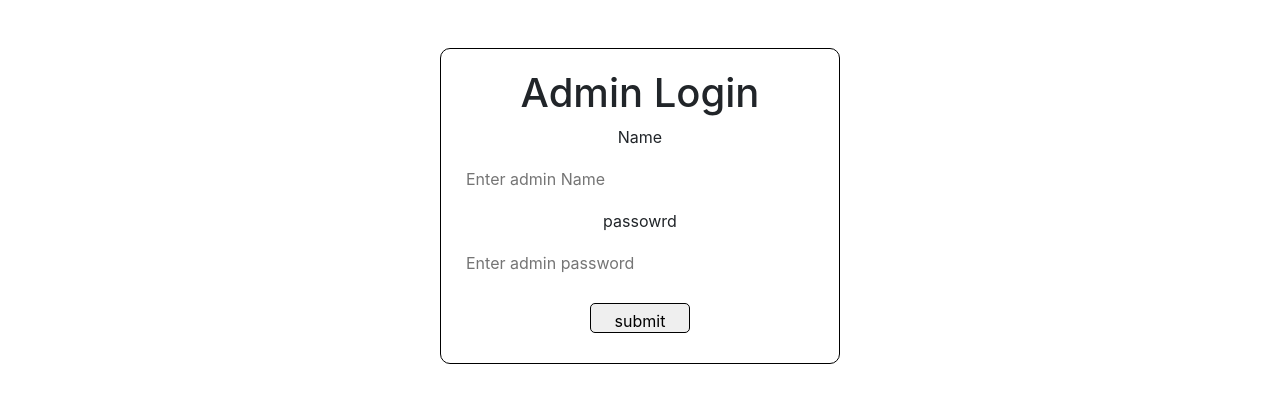
Repository: parthikjadav/parthik-react-practicle-exam
Page: /
The author's editor kept a copy of each file at every save. The page is drawn from the files as they stood at one save, then again after the next save.
The browser window is 1280 px wide. The pictures show the whole page.
The project was rebuilt for these pictures with package versions that can differ from the ones it lists, and the page was loaded fresh each time. Requests to the local data server were answered from the project's data file. Also part of the build but not shown: src/App.css, src/componet/page/Reservationform.jsx, src/componet/page/Reservationlist.jsx, src/componet/header/navdata.js, src/componet/header/Navbar.jsx.

Above is the page before, as saved 2024-05-16 10:44:13.

### public/index.html
<!DOCTYPE html>
<html lang="en">
  <head>
    <meta charset="utf-8" />
    <link rel="icon" href="%PUBLIC_URL%/favicon.ico" />
    <meta name="viewport" content="width=device-width, initial-scale=1" />
    <meta name="theme-color" content="#000000" />
    <meta
      name="description"
      content="Web site created using create-react-app"
    />
    <link rel="apple-touch-icon" href="%PUBLIC_URL%/logo192.png" />
    <link href="https://cdn.jsdelivr.net/npm/bootstrap@5.0.2/dist/css/bootstrap.min.css" rel="stylesheet" integrity="sha384-EVSTQN3/azprG1Anm3QDgpJLIm9Nao0Yz1ztcQTwFspd3yD65VohhpuuCOmLASjC" crossorigin="anonymous">
    <!--
      manifest.json provides metadata used when your web app is installed on a
      user's mobile device or desktop. See https://developers.google.com/web/fundamentals/web-app-manifest/
    -->
    <link rel="manifest" href="%PUBLIC_URL%/manifest.json" />
    <script src="https://cdn.jsdelivr.net/npm/bootstrap@5.0.2/dist/js/bootstrap.bundle.min.js" integrity="sha384-MrcW6ZMFYlzcLA8Nl+NtUVF0sA7MsXsP1UyJoMp4YLEuNSfAP+JcXn/tWtIaxVXM" crossorigin="anonymous"></script>
    <!--
      Notice the use of %PUBLIC_URL% in the tags above.
      It will be replaced with the URL of the `public` folder during the build.
      Only files inside the `public` folder can be referenced from the HTML.

      Unlike "/favicon.ico" or "favicon.ico", "%PUBLIC_URL%/favicon.ico" will
      work correctly both with client-side routing and a non-root public URL.
      Learn how to configure a non-root public URL by running `npm run build`.
    -->
    <title>React App</title>
  </head>
  <body>
    <noscript>You need to enable JavaScript to run this app.</noscript>
    <div id="root"></div>
    <!--
      This HTML file is a template.
      If you open it directly in the browser, you will see an empty page.

      You can add webfonts, meta tags, or analytics to this file.
      The build step will place the bundled scripts into the <body> tag.

      To begin the development, run `npm start` or `yarn start`.
      To create a production bundle, use `npm run build` or `yarn build`.
    -->
  </body>
</html>

### src/index.js
import React from 'react';
import ReactDOM from 'react-dom/client';
import './index.css';
import App from './App';
import { BrowserRouter } from 'react-router-dom';
import { Provider } from 'react-redux';
import store from './componet/redux-saga/store';


const root = ReactDOM.createRoot(document.getElementById('root'));
root.render(
  <BrowserRouter>
    <React.StrictMode>
      <Provider store={store}>
      <App />
      </Provider>
    </React.StrictMode>
  </BrowserRouter>

);

### src/App.js
import { Route, Routes } from 'react-router-dom';
import './App.css';
import Adminlogin from './componet/page/Adminlogin';
import Reservationfrom from './componet/page/Reservationform';
import Reservationlist from './componet/page/Reservationlist';
import Navbar from './componet/header/Navbar';
import { useEffect } from 'react';
import { useDispatch } from 'react-redux';
import { GET_ROOM_PENDING } from './componet/redux-saga/room/action';
import { base_url, get_url } from './url';

const getRole = () => {
  const role = localStorage.getItem("role");
  return role;
};


function App() {

  const role = getRole();
  let dispatch = useDispatch();

  useEffect(() => {
    let url = base_url + get_url;
    dispatch({ type: GET_ROOM_PENDING, payload: url })
  })


  if (!role || role === "") {
    return (
      <Routes>
        <Route path="/" element={<Adminlogin />} />
      </Routes>
    );
  }

  if (role === "admin") {
    return (
      <>
        <Navbar />
        <Routes>
          <Route path="/reservation" element={<Reservationfrom />} />
          <Route path="/ReservationList" element={<Reservationlist />} />
        </Routes>
      </>
    );
  }



}

export default App;

### src/componet/redux-saga/store.js
import { applyMiddleware, createStore } from "redux";
import createSagaMiddleware from "redux-saga";
import { composeWithDevTools } from "@redux-devtools/extension";
import rootReducers from "./rootreducer";
import rootSaga from "./saga";



let sagaMiddleware = createSagaMiddleware();
const store = createStore(
    rootReducers,
    composeWithDevTools(applyMiddleware(sagaMiddleware))
);

sagaMiddleware.run(rootSaga)

export default store

### src/componet/page/Adminlogin.jsx
import React, { useRef } from 'react'
import "./AdminLogin.css"

const Adminlogin = () => {
    let name = useRef();
    let passowrd = useRef();

    const logindata = async () => {
        let data = {
            name: name.current.value,
            password: passowrd.current.value
        }
        console.log(data);
        if ("jignesh" == data.name && "3315" == data.password) {
            localStorage.setItem("role", "admin");
            window.location.href = "/reservation"
            console.log("login successfull");
            alert("login successfull")
        } else {
            alert("Error")
        }
    }
    return (
        <>
            <div class="mx-auto m-5 form" style={{ width: "400px" }}>
                <h1>Admin Login </h1>
                <label>Name  </label>
                <input type="text" placeholder='Enter admin Name' ref={name} />
                <label>passowrd </label>
                <input type="password" placeholder='Enter admin password' ref={passowrd} />
                <button onClick={logindata}>submit</button>
            </div>
        </>

    )
}

export default Adminlogin

### src/componet/redux-saga/room/action.js
//get action
export const GET_ROOM_PENDING = "GET_ROOM_PENDING";
export const GET_ROOM_SUCCESS = "GET_ROOM_SUCCESS";
export const GET_ROOM_ERROR = "GET_ROOM_ERROR";

//post action
export const POST_ROOM_PENDING = "POST_ROOM_PENDING";
export const POST_ROOM_SUCCESS = "POST_ROOM_SUCCESS";
export const POST_ROOM_ERROR = "POST_ROOM_ERROR";

//DELETE action
export const DELETE_ROOM_PENDING = "DELETE_ROOM_PENDING";
export const DELETE_ROOM_SUCCESS = "DELETE_ROOM_SUCCESS";
export const DELETE_ROOM_ERROR = "DELETE_ROOM_ERROR";

//UPDATA action
export const UPDATA_ROOM_PENDING = "UPDATA_ROOM_PENDING";
export const UPDATA_ROOM_SUCCESS = "UPDATA_ROOM_SUCCESS";
export const UPDATA_ROOM_ERROR = "UPDATA_ROOM_ERROR";

### src/url.js
export const base_url = "http://localhost:5000";

export const post_url = "/room";

export const get_url = "/room"

export const delete_url = "/room/"

export const updata_url = "/room/"

### src/componet/redux-saga/rootreducer.js
import { combineReducers } from "redux";
import roomReducer from "./room/reducer";


let rootReducers = combineReducers({
    roomReducer,
});

export default  rootReducers;

### src/componet/redux-saga/saga/index.js
import { all, call, put, takeLatest } from "redux-saga/effects";
import { DELETE_ROOM_ERROR, DELETE_ROOM_PENDING, DELETE_ROOM_SUCCESS, GET_ROOM_ERROR, GET_ROOM_PENDING, GET_ROOM_SUCCESS, POST_ROOM_ERROR, POST_ROOM_PENDING, POST_ROOM_SUCCESS, UPDATA_ROOM_ERROR, UPDATA_ROOM_PENDING, UPDATA_ROOM_SUCCESS } from "../room/action";
import { delete_room, get_room, post_room, updata_room } from "../room/api";

function* handle_post_room(action) {
    // console.log(action, "action from handle post room");
    try {
        let { data, status } = yield call(post_room, action);
        // console.log(data, status, "data and status from handle post room");
        if (status == 201 || status == 200) {
            yield put({ type: POST_ROOM_SUCCESS, data });
        } else {
            yield put({ type: POST_ROOM_ERROR, data });
        }
    }
    catch (error) {
        yield put({ type: POST_ROOM_ERROR, data: error })
    }
}

function* handle_get_room(action) {
    // console.log(action, "action from handle get room");
    try {
        let { data, status } = yield call(get_room, action);
        // console.log(data, status, "data and status from handle get room");
        if (status == 200) {
            yield put({ type: GET_ROOM_SUCCESS, data });
        }
        else {
            yield put({ type: GET_ROOM_ERROR, data });
        }
    }
    catch (error) {
        yield put({ type: GET_ROOM_ERROR, data: error });
    }
}

function* handle_delete_room(action) {
    // console.log(action, "action from handle delete room");
    try {
        let { data, status } = yield call(delete_room, action);
        // console.log(data, status, "data and status from handle delete room");
        if (status == 200) {
            yield put({ type: DELETE_ROOM_SUCCESS, data });
        } else {
            yield put({ type: DELETE_ROOM_ERROR, data });
        }
    }
    catch (error) {
        yield put({ type: DELETE_ROOM_ERROR, daat: error })
    }
}

function* handle_updata_room(action) {
    console.log(action, "action from handle updata room");
    try {
        let { data, status } = yield call(updata_room, action);
        console.log(data, status, "data and status from handle updata room");
        if (status == 200) {
            yield put({ type: UPDATA_ROOM_SUCCESS, data });
        }
        else {
            yield put({ type: UPDATA_ROOM_ERROR, data });
        }
    }
    catch (error) {
        yield put({ type: UPDATA_ROOM_ERROR, data: error })
    }
}

function* handle_post_room_saga() {
    yield takeLatest(POST_ROOM_PENDING, handle_post_room)
}

function* handle_get_room_saga() {
    yield takeLatest(GET_ROOM_PENDING, handle_get_room)
}

function* handle_delete_room_saga() {
    yield takeLatest(DELETE_ROOM_PENDING, handle_delete_room)
}

function* handle_updata_room_saga() {
    yield takeLatest(UPDATA_ROOM_PENDING, handle_updata_room)
}

function* rootSaga() {
    yield all([handle_post_room_saga(), handle_get_room_saga(), handle_delete_room_saga() , handle_updata_room_saga()])
}

export default rootSaga

### src/componet/page/AdminLogin.css
.form{
  width: 200px;
  padding: 20px;
  /* margin: 0px auto; */
  display: flex;
  flex-direction: column;
  justify-content: center;
  align-items: center;
  border: 1px solid black;
  border-radius: 10px
}
.form input{
  width: 100%;
  height: 40px;
  margin: 10px 0px;
  background-color: white;
  border: 0px solid black;
  border-radius: 5px;
  padding: 5px;
}
.form label{
  text-align: left;
}
.form button{
  width: 100px;
  height: 30px;
  margin: 10px 0px;
  border: 1px solid black;
  border-radius: 5px;
  padding: 5px;
}

### src/componet/redux-saga/room/reducer.js
import { DELETE_ROOM_ERROR, DELETE_ROOM_PENDING, DELETE_ROOM_SUCCESS, GET_ROOM_ERROR, GET_ROOM_PENDING, GET_ROOM_SUCCESS, POST_ROOM_PENDING, POST_ROOM_SUCCESS, UPDATA_ROOM_ERROR, UPDATA_ROOM_PENDING, UPDATA_ROOM_SUCCESS } from "./action";


let initialState = {
    room: [],
    isLoading: false,
    isError: null,
};

let roomReducer = (state = initialState, action) => {
    console.log(action, "action from reducer");
    switch (action.type) {
        //post user
        case POST_ROOM_PENDING: {
            return {
                isLoading: true,
                ...state,
            }
        }
        case POST_ROOM_SUCCESS: {
            return {
                isLoading: false,
                room: state.room.concat(action.data),
            }
        }
        case POST_ROOM_SUCCESS: {
            return {
                isError: action.data,
                ...state,
            }
        }
        //get user
        case GET_ROOM_PENDING: {
            return {
                isLoading: true,
                ...state,
            }
        }
        case GET_ROOM_SUCCESS: {
            return {
                isLoading: false,
                room: action.data,
            }
        }
        case GET_ROOM_ERROR: {
            return {
                ...state,
                isError: action.data,
            }
        }
        //delete user
        case DELETE_ROOM_PENDING: {
            return {
                isLoading: true,
                ...state,
            }
        }
        case DELETE_ROOM_SUCCESS: {
            return {
                isLoading: false,
                room: state.room.filter((item) => item.id != action.data.id)
            }
        }
        case DELETE_ROOM_ERROR: {
            return {
                isLoading: false,
                isError: action.data,
            }
        }
        //update user
        case UPDATA_ROOM_PENDING: {
            return {
                isLoading: true,
                ...state,
            }
        }
        case UPDATA_ROOM_SUCCESS: {
            return {
                isLoading: false,
                room: state.room.map((value, index) => {
                    if (value.id == action.data.id) {
                        return {
                            ...value,
                            ...action.data,
                        }
                    } else {
                        return value;
                    }
                })
            }
        }
        case UPDATA_ROOM_ERROR: {
            return {
                isError: action.data,
                ...state,
            }
        }
        default: {
            return {
                ...state,
            }
        }
    }
}

export default roomReducer

### src/componet/redux-saga/room/api.js
import axios from "axios";
import { base_url, delete_url, get_url, post_url, updata_url } from "../../../url";


let post_room = (action) => {
    // console.log(action ,"this action from post room");
    return axios.post(base_url + post_url, action.payload).then((res) => {
        // console.log(res,"res is post room");
        let data = res.data;
        let status = res.status;
        return { data, status }
    })
}

let get_room = (action) => {
    // console.log(action, "this action from get rom");
    return axios.get(base_url + get_url).then((res) => {
        // console.log(res, "res is get rom");
        let data = res.data;
        let status = res.status;
        return { data, status }
    })
}

let delete_room = (action) => {
    // console.log(action, "this action from delete room");
    return axios.delete(base_url + delete_url + action.payload).then((res) => {
        // console.log(res, "res is delete room");
        let data = res.data;
        let status = res.status;
        return { data, status };
    })
}

let updata_room = (action) => {
    console.log(action, "this action from updata room");
    return axios.put(base_url + updata_url + action.payload.id, action.payload).then((res) => {
        console.log(res, "res is updata room");
        let data = res.data;
        let status = res.status;
        return { data, status }
    })
}

export { post_room, get_room, delete_room, updata_room }

### db.json
{
  "room": [
    {
      "id": "8675",
      "name": "jignesh",
      "mobile": "1235467892",
      "address": "kamrej surat",
      "arrival": "2024-05-10",
      "checkout": "2024-05-14",
      "roomlist": "platinum",
      "roomtype": "double bedroom",
      "lunchtime": "breakfast and lunch"
    },
    {
      "id": "50ac",
      "name": "test",
      "mobile": "9876543214",
      "address": "surat",
      "arrival": "2024-05-02",
      "checkout": "2024-05-12",
      "roomlist": "prime",
      "roomtype": "double bedroom",
      "lunchtime": "breakfast and lunch"
    },
    {
      "id": "c1a8",
      "name": "abcd",
      "mobile": "7539684216",
      "address": "surat",
      "arrival": "2024-05-05",
      "checkout": "2024-05-07",
      "roomlist": "platinum",
      "roomtype": "single bedroom",
      "lunchtime": "breakfast"
    }
  ]
}

Loaded but not shown: src/index.css (common file)

After the next save:
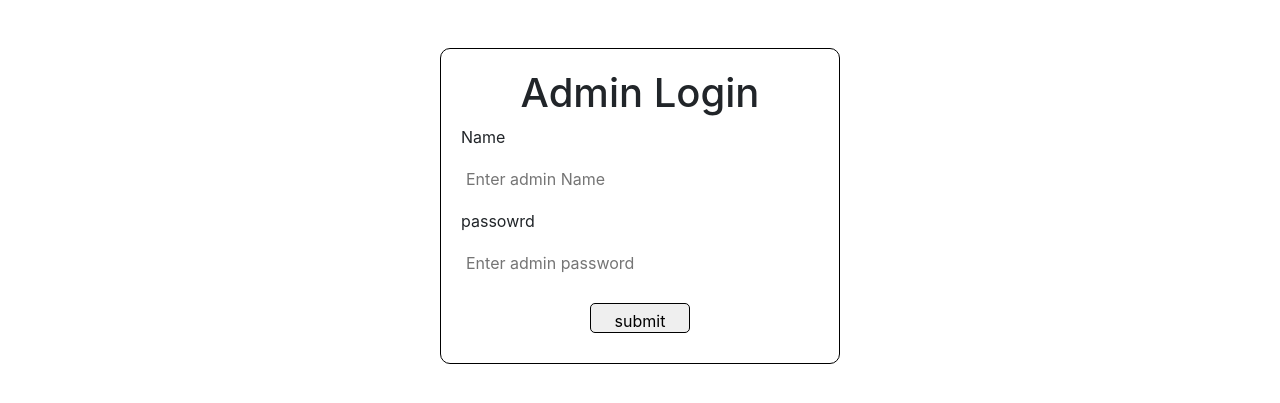
Saved 31 s later.
--- a/src/componet/page/AdminLogin.css
+++ b/src/componet/page/AdminLogin.css
@@ -19,7 +19,7 @@
   padding: 5px;
 }
 .form label{
-  text-align: left;
+      margin-right: auto;
 }
 .form button{
   width: 100px;
